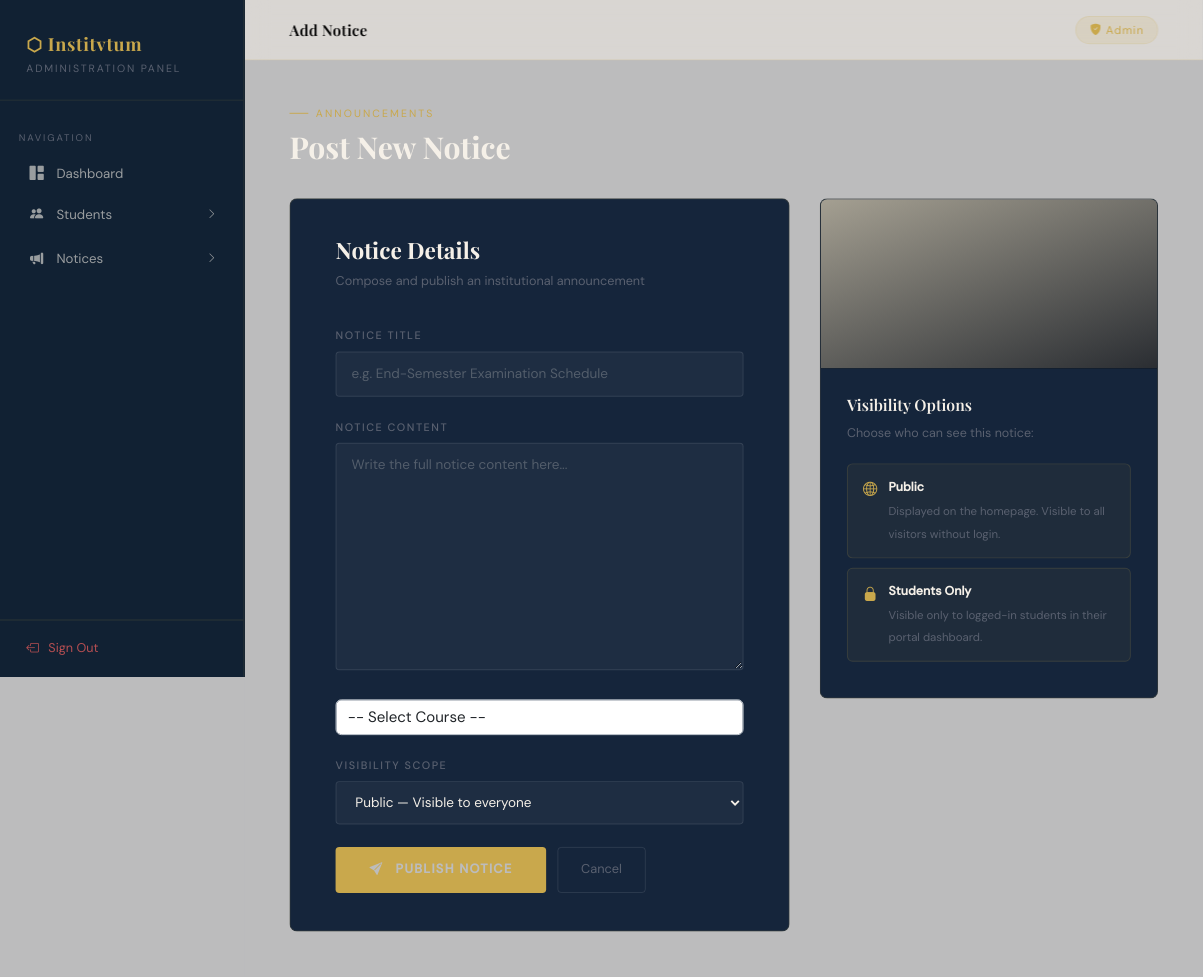
Repository: Yashaswini-penumarthi/x24262404-devops-project
Page: http://localhost/admin_panel/add_notice/
The author's editor kept a record of every edit. The page is drawn from the files as they stood at one moment, then again after the next edit.
The browser window is 1280 px wide. The pictures show the whole page, at 94% of full size.
Pictures or frames that could not be fetched are drawn as grey boxes. The page is served by the project's application, run on Django 4.2 (manage.py). Other server files are loaded and not shown. The page reads the database file committed with the project.

Above is the page before.

### templates/admin/admin_notice.html
{% extends 'admin/admin_base.html' %}

{% block title %}Admin — Add Notice{% endblock %}
{% block top_title %}Add Notice{% endblock %}

{% block body %}
<style>
  .add-page {
    display: grid;
    grid-template-columns: 1fr 360px;
    gap: 32px;
    align-items: start;
  }
  .info-aside {
    background: var(--panel);
    border: 1px solid var(--border);
    border-radius: 8px;
    overflow: hidden;
    position: sticky;
    top: 80px;
  }
  .aside-visual {
    width: 100%;
    height: 180px;
    background:
      linear-gradient(160deg, rgba(201,168,76,0.15), rgba(13,17,23,0.8)),
      url('https://images.unsplash.com/photo-1588681664899-f142ff2dc9b1?w=600&q=80') center/cover no-repeat;
  }
  .aside-body { padding: 28px; }
  .aside-body h3 {
    font-family: 'Playfair Display', serif;
    font-size: 1.05rem;
    font-weight: 600;
    color: var(--cream);
    margin-bottom: 10px;
  }
  .aside-body p { font-size: 0.83rem; color: var(--muted); line-height: 1.7; margin-bottom: 20px; }
  .scope-card {
    background: rgba(201,168,76,0.06);
    border: 1px solid rgba(201,168,76,0.15);
    border-radius: 6px;
    padding: 14px 16px;
    margin-bottom: 10px;
    display: flex;
    gap: 12px;
    align-items: flex-start;
  }
  .scope-card i { color: var(--gold); font-size: 0.95rem; margin-top: 2px; }
  .scope-card strong { display: block; font-size: 0.82rem; color: var(--cream); margin-bottom: 3px; }
  .scope-card span { font-size: 0.76rem; color: var(--muted); line-height: 1.5; }
</style>

<div class="page-heading">
  <div class="eyebrow">Announcements</div>
  <h1>Post New Notice</h1>
</div>

<div class="add-page">
  <!-- FORM -->
  <div class="form-section">
    <h2>Notice Details</h2>
    <p class="subtitle">Compose and publish an institutional announcement</p>

    <form action="{% url 'add_notice' %}" method="post">
      {% csrf_token %}

      <div class="field-group">
        <label class="field-label">Notice Title</label>
        <input type="text" name="notice_title" class="field-input" placeholder="e.g. End-Semester Examination Schedule" required>
      </div>

      <div class="field-group">
        <label class="field-label">Notice Content</label>
        <textarea name="notice_content" class="field-input" rows="10" placeholder="Write the full notice content here..." required></textarea>
      </div>

      <div class="field-group">
      <select name="course" class="form-control">
          <option value="">-- Select Course --</option>
          {% for course in courses %}
              <option value="{{ course }}">{{ course }}</option>
          {% endfor %}
      </select>
      </div>

      <div class="field-group">
        <label class="field-label">Visibility Scope</label>
        <select name="notice_status" class="field-input">
          <option value="True">Public — Visible to everyone</option>
          <option value="False">Students Only — Visible after login</option>
        </select>
      </div>


      <div style="display:flex;gap:12px;margin-top:12px;">
        <button type="submit" class="btn-submit">
          <i class="bi bi-send-fill" style="margin-right:8px;"></i> Publish Notice
        </button>
        <a href="{% url 'manage_notices' %}" style="display:inline-flex;align-items:center;gap:8px;padding:13px 24px;border:1px solid rgba(255,255,255,0.1);border-radius:4px;color:var(--muted);font-size:0.85rem;text-decoration:none;" onmouseover="this.style.color='var(--cream)'" onmouseout="this.style.color='var(--muted)'">Cancel</a>
      </div>
    </form>
  </div>

  <!-- ASIDE -->
  <div class="info-aside">
    <div class="aside-visual"></div>
    <div class="aside-body">
      <h3>Visibility Options</h3>
      <p>Choose who can see this notice:</p>
      <div class="scope-card">
        <i class="bi bi-globe2"></i>
        <div>
          <strong>Public</strong>
          <span>Displayed on the homepage. Visible to all visitors without login.</span>
        </div>
      </div>
      <div class="scope-card">
        <i class="bi bi-lock-fill"></i>
        <div>
          <strong>Students Only</strong>
          <span>Visible only to logged-in students in their portal dashboard.</span>
        </div>
      </div>
    </div>
  </div>
</div>
{% endblock %}

### main/views.py
"""Views for the main Django application."""

# pylint: disable=no-member,invalid-name,redefined-builtin,too-many-locals,unused-variable,unused-argument

from django.shortcuts import render, redirect
from .models import AboutPage, ContactPage, Student, Notice, Teacher
from .forms import StudentLoginForm


def home(request):
    """Render home page with public notices."""
    publicNotices = Notice.objects.filter(isPublic=True)
    data = {"public_notices": publicNotices}
    return render(request, 'home.html', data)


def about(request):
    """Render about page."""
    about_text = AboutPage.objects.all()
    data = {"aboutDetails": about_text}
    return render(request, 'about.html', data)


def contact(request):
    """Render contact page."""
    contact_text = ContactPage.objects.all()
    data = {"contactDetails": contact_text}
    return render(request, 'contact.html', data)


def adminPanel(request):
    """Admin dashboard."""
    if 'admin_user' in request.session:
        all_students = Student.objects.all()
        all_teachers = Teacher.objects.all()
        data = {'students': all_students, 'teachers': all_teachers}
        return render(request, 'admin/admin_panel.html', data)
    return redirect('admin_login')


def adminLogin(request):
    """Admin login."""
    if request.method == 'POST':
        admin_email = request.POST['email']
        admin_pwd = request.POST['pwd']

        if admin_email == "admin@gmail.com" and admin_pwd == "admin@123":
            request.session['admin_user'] = admin_email
            return redirect('admin_panel')
        return redirect('admin_login')

    return render(request, 'admin/admin_login.html')


def adminLogout(request):
    """Admin logout."""
    request.session.pop('admin_user', None)
    return redirect('admin_login')


def adminAbout(request):
    """Admin about page."""
    about_details = AboutPage.objects.all()
    data = {"aboutDetails": about_details}
    return render(request, 'admin/admin_about.html', data)


def updateAbout(request, id):
    """Update about page content."""
    if request.method == 'POST':
        aboutText = request.POST['text']
        about_obj = AboutPage.objects.get(id=id)
        about_obj.about = aboutText
        about_obj.save()
    return redirect('admin_about')


def adminContact(request):
    """Admin contact page."""
    contact_details = ContactPage.objects.all()
    data = {"contactDetails": contact_details}
    return render(request, 'admin/admin_contact.html', data)


def updateContact(request, id):
    """Update contact page."""
    if request.method == 'POST':
        contactAddress = request.POST['address']
        contactEmail = request.POST['email']
        contactNumber = request.POST['contact']
        contact_obj = ContactPage.objects.get(id=id)
        contact_obj.address = contactAddress
        contact_obj.email = contactEmail
        contact_obj.contact_num = contactNumber
        contact_obj.save()
    return redirect('admin_contact')


def addStudent(request):
    """Add new student."""
    if request.method == 'POST':
        fullName = request.POST['full_name']
        fatherName = request.POST['f_name']
        motherName = request.POST['m_name']
        gender = request.POST['gender']
        address = request.POST['address']
        city = request.POST['city']
        stuEmail = request.POST['stu_email']
        contactNum = request.POST['contact_number']
        dob = request.POST['dob']
        course = request.POST['course']
        studentId = request.POST['stu_id']
        studentUserName = request.POST['stu_user_name']
        studentPassword = request.POST['stu_pwd']

        add_student = Student.objects.create(
            full_name=fullName,
            father_name=fatherName,
            mother_name=motherName,
            gender=gender,
            address=address,
            city=city,
            email=stuEmail,
            contact_num=contactNum,
            date_of_birth=dob,
            course=course,
            stu_id=studentId,
            user_name=studentUserName,
            password=studentPassword
        )

        add_student.save()
    return render(request, 'admin/new_student.html')


def manageStudent(request):
    """Manage students."""
    all_students = Student.objects.all()
    data = {"students": all_students}
    return render(request, 'admin/manage_students.html', data)


def updateStudent(request, id):
    """Update student details."""
    if request.method == 'POST':
        student_obj = Student.objects.get(id=id)

        fullName = request.POST['full_name']
        fatherName = request.POST['f_name']
        motherName = request.POST['m_name']
        gender = request.POST['gender']
        address = request.POST['address']
        city = request.POST['city']
        stuEmail = request.POST['stu_email']
        contactNum = request.POST['contact_number']
        dob = request.POST['dob'] or student_obj.date_of_birth
        course = request.POST['course'] or student_obj.course
        studentId = request.POST['stu_id']
        studentUserName = request.POST['stu_user_name']
        studentPassword = request.POST['stu_pwd']

        student_obj.full_name = fullName
        student_obj.father_name = fatherName
        student_obj.mother_name = motherName
        student_obj.gender = gender
        student_obj.address = address
        student_obj.city = city
        student_obj.email = stuEmail
        student_obj.contact_num = contactNum
        student_obj.date_of_birth = dob
        student_obj.course = course
        student_obj.stu_id = studentId
        student_obj.user_name = studentUserName
        student_obj.password = studentPassword

        student_obj.save()
    return redirect('manage_students')


def deleteStudent(request, id):
    """Delete student."""
    if 'admin_user' in request.session:
        stu_obj = Student.objects.get(id=id)
        stu_obj.delete()
    return redirect('manage_students')


# def addNotice(request):
#     courses = Student.objects.values_list('course', flat=True).distinct()

#     if request.method == 'POST':
#         noticeTitle = request.POST['notice_title']
#         noticeContent = request.POST['notice_content']
#         isPublic = request.POST['notice_status'] == "True"
#         course = request.POST.get('course')

#         Notice.objects.create(
#             title=noticeTitle,
#             content=noticeContent,
#             isPublic=isPublic,
#             course=course
#         )

#     return render(request, "admin/admin_notice.html", {"courses": courses})

from django.core.mail import send_mail
from django.conf import settings

def addNotice(request):
    courses = Student.objects.values_list('course', flat=True).distinct()

    if request.method == 'POST':
        noticeTitle = request.POST['notice_title']
        noticeContent = request.POST['notice_content']
        isPublic = request.POST['notice_status'] == "True"
        course = request.POST.get('course')

        # Save notice
        notice = Notice.objects.create(
            title=noticeTitle,
            content=noticeContent,
            isPublic=isPublic,
            course=course
        )

        # Fetch students based on course
        if isPublic:
            students = Student.objects.all()
        else:
            students = Student.objects.filter(course=course)

        # Extract emails
        email_list = list(students.values_list('email', flat=True))

        # Send email
        if email_list:
            send_mail(
                subject=f"New Notice: {noticeTitle}",
                message=noticeContent,
                from_email=settings.EMAIL_HOST_USER,
                recipient_list=email_list,
                fail_silently=False,
            )

    return render(request, "admin/admin_notice.html", {"courses": courses})



def manageNotices(request):
    all_notices = Notice.objects.all()
    courses = Student.objects.values_list('course', flat=True).distinct()

    return render(request, 'admin/manage_notices.html', {
        'notices': all_notices,
        'courses': courses
    })


def deleteNotice(request, id):
    """Delete notice."""
    if 'admin_user' in request.session:
        notice_obj = Notice.objects.get(id=id)
        notice_obj.delete()
    return redirect('manage_notices')


# def updateNotice(request, id):
#     """Update notice."""
#     if request.method == 'POST':
#         title = request.POST['title']
#         content = request.POST['content']
#         status = request.POST['status']

#         notice_obj = Notice.objects.get(id=id)
#         notice_obj.title = title
#         notice_obj.content = content
#         notice_obj.isPublic = status

#         notice_obj.save()
#     return redirect('manage_notices')


def updateNotice(request, id):
    if request.method == 'POST':
        notice_obj = Notice.objects.get(id=id)

        notice_obj.title = request.POST['title']
        notice_obj.content = request.POST['content']
        notice_obj.isPublic = request.POST['status'] == "True"
        notice_obj.course = request.POST.get('course')

        notice_obj.save()

    return redirect('manage_notices')

def addTeacher(request):
    """Add teacher."""
    if request.method == 'POST':
        full_name = request.POST['full_name']
        gender = request.POST['gender']
        email = request.POST['email']
        contact_num = request.POST['contact_number']
        qualification = request.POST['qualification']

        add_teacher = Teacher.objects.create(
            full_name=full_name,
            gender=gender,
            email=email,
            contact_num=contact_num,
            qualification=qualification
        )
        add_teacher.save()
    return render(request, 'admin/add_teacher.html')


def manageTeachers(request):
    """Manage teachers."""
    all_teachers = Teacher.objects.all()
    data = {"teachers": all_teachers}
    return render(request, 'admin/manage_teachers.html', data)


def deleteTeacher(request, id):
    """Delete teacher."""
    teacher_obj = Teacher.objects.get(id=id)
    teacher_obj.delete()
    return redirect('manage_teachers')


def studentLogin(request):
    """Student login."""
    if 'student_user' in request.session:
        return redirect('student_dashboard')

    form = StudentLoginForm()

    if request.method == "POST":
        form = StudentLoginForm(request.POST)

        if form.is_valid():
            user_name = form.cleaned_data['userName']
            student_pwd = form.cleaned_data['stuPwd']

            stu_exists = Student.objects.filter(
                user_name=user_name,
                password=student_pwd
            ).exists()

            if stu_exists:
                request.session['student_user'] = user_name
                return redirect('student_dashboard')

            form.add_error(None, "Invalid username or password")

    return render(request, 'student/student_login.html', {'form': form})


def studentDashboard(request):
    """Student dashboard."""
    if 'student_user' in request.session:
        student_in_session = Student.objects.get(
            user_name=request.session['student_user']
        )
        data = {"student": student_in_session}
        return render(request, 'student/student_dashboard.html', data)

    return redirect('student_login')


def studentLogout(request):
    """Student logout."""
    request.session.pop('student_user', None)
    return redirect('student_login')


def updateFaculty(request, id):
    """Update faculty."""
    if request.method == 'POST':
        full_name = request.POST['full_name']
        email = request.POST['email']
        contactNumber = request.POST['contact_number']
        gender = request.POST['gender']
        qualification = request.POST['qualification']

        teacher_obj = Teacher.objects.get(id=id)
        teacher_obj.full_name = full_name
        teacher_obj.email = email
        teacher_obj.contact_num = contactNumber
        teacher_obj.gender = gender
        teacher_obj.qualification = qualification
        teacher_obj.save()
    return redirect('manage_teachers')


# def viewNotices(request):
#     """Student view notices."""
#     if 'student_user' in request.session:
#         student_notice = Notice.objects.filter(isPublic=False)
#         data = {"notices": student_notice}
#         return render(request, 'student/view_notices.html', data)

#     return redirect('student_login')


from django.db.models import Q

def viewNotices(request):
    """Student view notices."""
    if 'student_user' in request.session:
        student = Student.objects.get(user_name=request.session['student_user'])

        student_notice = Notice.objects.filter(
            Q(isPublic=True) | Q(course=student.course)
        )

        data = {"notices": student_notice}
        return render(request, 'student/view_notices.html', data)

    return redirect('student_login')


def studentSettings(request):
    """Student settings"""
    if 'student_user' in request.session:
        student_obj = Student.objects.get(
            user_name=request.session['student_user']
        )
        data = {'student': student_obj}

        if request.method == 'POST':
            currentPwd = request.POST['current_pwd']
            new_pwd = request.POST['new_pwd']
            student_obj.password = new_pwd
            student_obj.save()
            return redirect('student_dashboard')

        return render(request, "student/student_settings.html", data)

    return redirect('student_login')

### notice/urls.py
from django.contrib import admin
from django.urls import path, include

urlpatterns = [
    path('admin/', admin.site.urls),
    path('', include('main.urls'))
]

### main/urls.py
from django.urls import path
from . import views

urlpatterns = [
    path('', views.home, name="home"),
    path('about/', views.about, name="about"),
    path('contact/', views.contact, name="contact"),
    path('admin_panel/dashboard', views.adminPanel, name="admin_panel"),
    path('admin_panel/login/', views.adminLogin, name="admin_login"),
    path('admin_panel/logout/', views.adminLogout, name="admin_logout"),
    path('student/login/', views.studentLogin, name="student_login"),
    path('admin_panel/add_student/', views.addStudent, name="add_student"),
    path('admin_panel/about/', views.adminAbout, name="admin_about"),
    path('admin_panel/update_about/<str:id>/', views.updateAbout, name="update_about"),
    path('admin_panel/contact/', views.adminContact, name="admin_contact"),
    path('admin_panel/update_contact/<str:id>/', views.updateContact, name="update_contact"),
    path('admin_panel/manage_students/', views.manageStudent, name="manage_students"),
    path('admin_panel/update_student/<str:id>/', views.updateStudent, name="update_student"),
    path('admin_panel/delete_student/<str:id>/', views.deleteStudent, name="delete_student"),
    path('admin_panel/add_notice/', views.addNotice, name="add_notice"),
    path('admin_panel/manage_notices/', views.manageNotices, name="manage_notices"),
    path('admin_panel/delete_notice/<str:id>/', views.deleteNotice, name="delete_notice"),
    path('admin_panel/update_notice/<str:id>/', views.updateNotice, name="update_notice"),
    path('admin_panel/add_teacher/', views.addTeacher, name="add_teacher"),
    path('admin_panel/manage_teacher/', views.manageTeachers, name="manage_teachers"),
    path('admin_panel/delete_teacher/<str:id>/', views.deleteTeacher, name="delete_teacher"),
    path('student/dashboard/', views.studentDashboard, name="student_dashboard"),
    path('student/logout/', views.studentLogout, name="student_logout"),
    path('student/update_teacher/<str:id>/', views.updateFaculty, name="update_teacher"),
    path('student/view_notices/', views.viewNotices, name="view_notices"),
    path('student/student_settings/', views.studentSettings, name="student_settings")
]

### db.sqlite3 (the tables this page reads, as SQL)
CREATE TABLE "main_student" ("id" integer NOT NULL PRIMARY KEY AUTOINCREMENT, "full_name" varchar(100) NOT NULL, "address" varchar(100) NOT NULL, "city" varchar(50) NOT NULL, "contact_num" integer NOT NULL, "course" varchar(50) NOT NULL, "date_of_birth" date NOT NULL, "email" varchar(254) NOT NULL, "father_name" varchar(100) NOT NULL, "mother_name" varchar(100) NOT NULL, "password" varchar(100) NOT NULL, "stu_id" varchar(50) NOT NULL, "user_name" varchar(50) NOT NULL, "gender" varchar(50) NOT NULL);
INSERT INTO "main_student" VALUES
(10, 'max', 'sector 8', 'dublin', 3625147485, 'MBA', '2004-02-09', 'siddheshb676@gmail.com', 'sam', 'tina', 'max@123', '8547854785', 'max', 'Male'),
(11, 'sid', 'dublin', 'dublin', 3698523652, 'BTECH', '2001-09-22', 'student@gmail.com', 'john', 'maria', 'test@123', '123458596', 'sid', 'Male'),
(12, 'student', 'dublin', 'dublin', 5214521236, 'MBA', '2000-01-01', 'projectmail2425@gmail.com', 'test', 'test', 'student@123', '1254125632', 'student', 'Female');

Loaded but not shown: templates/admin/admin_base.html (442 lines, source omitted)

After the next edit:
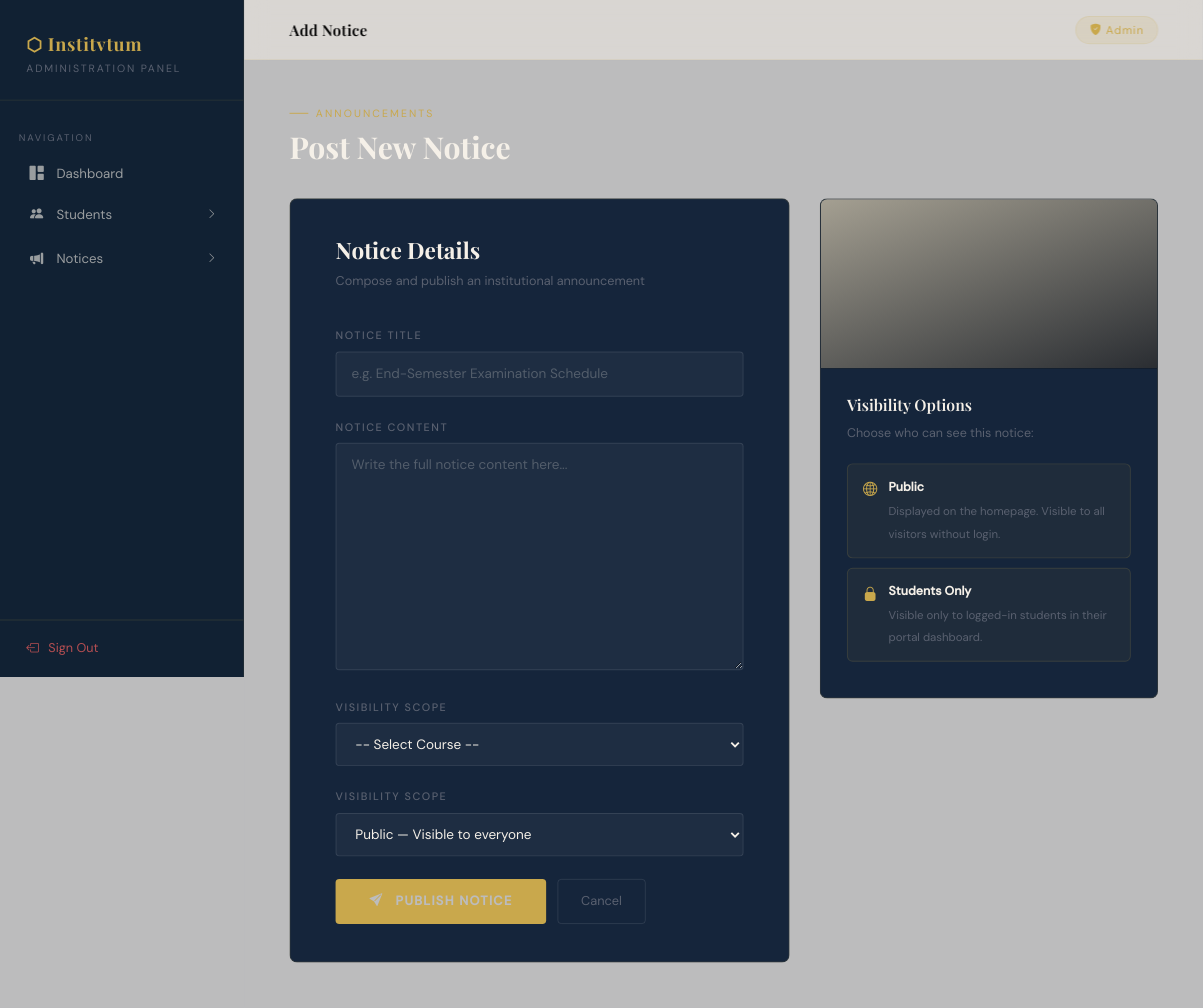
The edit:
--- a/templates/admin/admin_notice.html
+++ b/templates/admin/admin_notice.html
@@ -75,7 +75,8 @@
       </div>
 
       <div class="field-group">
-      <select name="course" class="form-control">
+        <label class="field-label">Visibility Scope</label>
+      <select name="course" class="field-input">
           <option value="">-- Select Course --</option>
           {% for course in courses %}
               <option value="{{ course }}">{{ course }}</option>
